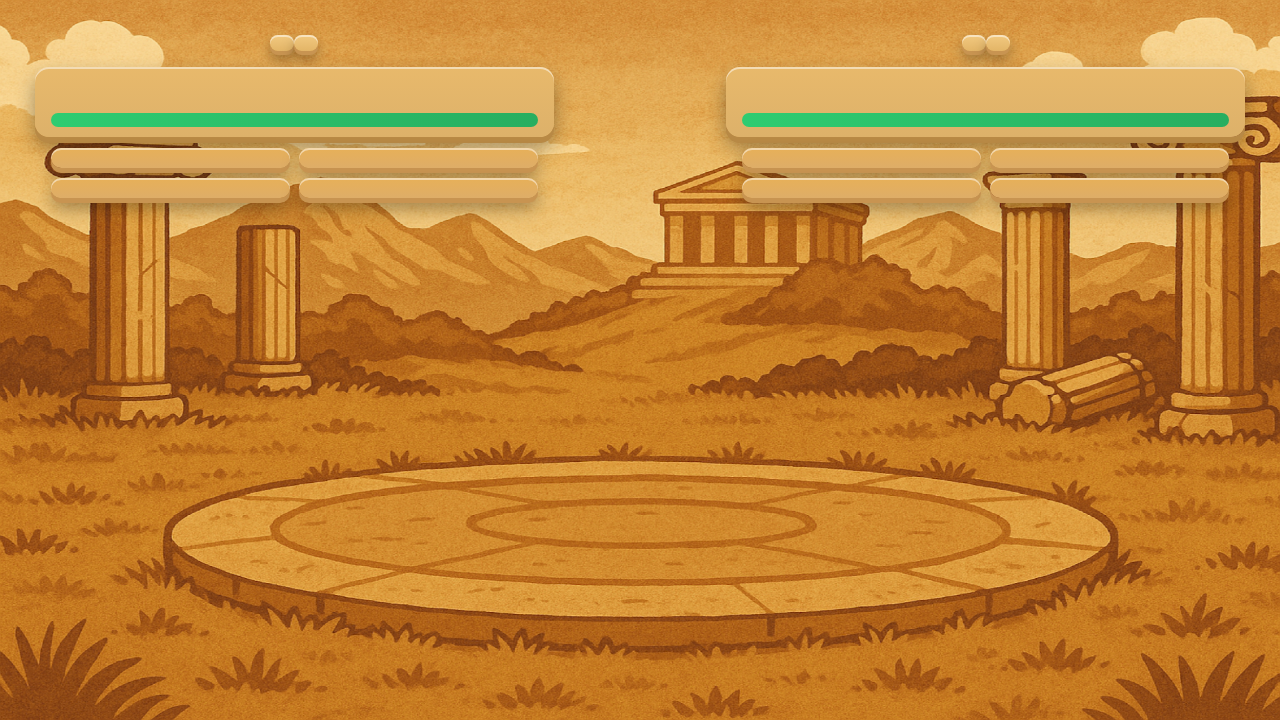
Repository: brianabariteau/Web-1-Final-Project-2025
Page: features/game/game.html
An editor plug-in stored every save of this project. The page is shown before and after the next save, followed by the edit.
The browser window is 1280 px wide. The pictures show the whole page.
Some web fonts or font styles are not loaded; a fallback is used.

Above is the page before, as saved 2025-12-23 18:57:29.

### features/game/game.html
<!DOCTYPE html>
<html lang="en">
  <head>
    <meta charset="UTF-8" />
    <meta name="viewport" content="width=device-width, initial-scale=1.0" />
    <title>MythoBattle Game</title>
    <link
      rel="icon"
      type="image/x-icon"
      href="../../assets/characters/zeus.png"
    />
    <script type="module" defer src="./game.js"></script>
    <link rel="stylesheet" href="./game.css" />
    <script
      src="https://code.jquery.com/jquery-3.7.1.min.js"
      integrity="sha256-/JqT3SQfawRcv/BIHPThkBvs0OEvtFFmqPF/lYI/Cxo="
      crossorigin="anonymous"
    ></script>
    <link
      href="https://fonts.googleapis.com/css2?family=Jersey+25&display=swap"
      rel="stylesheet"
    />
  </head>
  <body></body>
</html>

### features/game/game.js
"use strict";

import { CHARACTER_MOVES } from "../../constants/character-movesets.js";
let mode = localStorage.getItem("mode");
let player1Character = JSON.parse(localStorage.getItem("player1Character"));
let player2Character = JSON.parse(localStorage.getItem("player2Character"));

console.log(player1Character);
console.log(player2Character);

// * Functions
function updateGameDisplay() {
  if (!player1Character || !player2Character) return;

  // ? Player 1
  const player1 = player1Character.name;
  console.log(player1);

  player1Icon.attr("src", player1Character.imgSrc);

  player1NameText.text(player1);

  player1Move1.text(CHARACTER_MOVES[player1].move1name);
  player1Move2.text(CHARACTER_MOVES[player1].move2name);
  player1Move3.text(CHARACTER_MOVES[player1].move3name);
  player1Move4.text(CHARACTER_MOVES[player1].move4name);

  player1ability1.text(CHARACTER_MOVES[player1].ability1name);
  player1ability2.text(CHARACTER_MOVES[player1].ability2name);

  // ? Player 2
  const player2 = player2Character.name;

  player2Icon.attr("src", player2Character.imgSrc);

  player2NameText.text(player2);

  player2Move1.text(CHARACTER_MOVES[player2].move1name);
  player2Move2.text(CHARACTER_MOVES[player2].move2name);
  player2Move3.text(CHARACTER_MOVES[player2].move3name);
  player2Move4.text(CHARACTER_MOVES[player2].move4name);

  player2ability1.text(CHARACTER_MOVES[player2].ability1name);
  player2ability2.text(CHARACTER_MOVES[player2].ability2name);
}

async function loadCharacters() {
  updateGameDisplay();
}

// * The Background Image
const background = $("<img>")
  .addClass("background")
  .attr("src", "./assets/battle-background.png")
  .attr("alt", "Background");

// * Player 1
// ? Character Icon
const player1Icon = $("<img>").addClass("player1-icon");

// ! Battle Buttons + Progress
const player1battle = $("<div>").addClass("player1-battle");

// ? Name + Healthbar
const player1Name = $("<div>").addClass("player1-name");
const player1NameText = $("<div>").addClass("player1-name-text");
const player1Health = $("<div>").addClass("player1-health");

$(player1Name).append(player1NameText, player1Health);

// ? Movesets
const player1Moves = $("<div>").addClass("player1-moves");
const player1Move1 = $("<button>").addClass("moves");
const player1Move2 = $("<button>").addClass("moves");
const player1Move3 = $("<button>").addClass("moves");
const player1Move4 = $("<button>").addClass("moves");

$(player1Moves).append(player1Move1, player1Move2, player1Move3, player1Move4);

// ? Abilities
const player1Abilities = $("<div>").addClass("player1-abilities");
const player1ability1 = $("<button>").addClass("player1-ability1");
const player1ability2 = $("<button>").addClass("player1-ability2");
$(player1Abilities).append(player1ability1, player1ability2);

$(player1battle).append(player1Abilities, player1Name, player1Moves);

// * Player 2
// ? Character Icon
const player2Icon = $("<img>").addClass("player-2-icon");

// ! Battle Buttons + Progress
const player2battle = $("<div>").addClass("player2-battle");

// ? Name + Healthbar
const player2Name = $("<div>").addClass("player2-name");
const player2NameText = $("<div>").addClass("player2-name-text");
const player2Health = $("<div>").addClass("player2-health");

$(player2Name).append(player2NameText, player2Health);

// ? Movesets
const player2Moves = $("<div>").addClass("player1-moves");
const player2Move1 = $("<button>").addClass("moves");
const player2Move2 = $("<button>").addClass("moves");
const player2Move3 = $("<button>").addClass("moves");
const player2Move4 = $("<button>").addClass("moves");

$(player2Moves).append(player2Move1, player2Move2, player2Move3, player2Move4);

// ? Abilities
const player2Abilities = $("<div>").addClass("player2-abilities");
const player2ability1 = $("<button>").addClass("player2-ability1");
const player2ability2 = $("<button>").addClass("player2-ability2");
$(player2Abilities).append(player2ability1, player2ability2);

$(player2battle).append(player2Abilities, player2Name, player2Moves);

$("body").append(
  background,
  player1Icon,
  player2Icon,
  player1battle,
  player2battle
);

loadCharacters();

### features/game/game.css
/* ───────────── BASE ───────────── */

body {
  margin: 0;
  width: 100vw;
  height: 100vh;
  overflow: hidden;

  font-family: "Jersey 25", sans-serif;

  display: grid;
  grid-template-columns: 1fr 1fr;
  grid-template-rows: auto 1fr auto;
  align-items: center;
  justify-items: center;
}

/* ───────────── BACKGROUND ───────────── */

.background {
  position: fixed;
  inset: 0;
  width: 100%;
  height: 100%;
  z-index: -1;
}

/* ───────────── PLAYER SPRITES ───────────── */

.player1-icon,
.player-2-icon {
  position: absolute;
  bottom: 18%;
  width: 120px;
  image-rendering: pixelated;
}

.player1-icon {
  left: 20%;
}

.player-2-icon {
  right: 20%;
}

/* ───────────── BATTLE PANELS ───────────── */

.player1-battle,
.player2-battle {
  position: absolute;
  top: 4%;
  width: 38%;

  display: grid;
  grid-template-rows: auto auto auto;
  row-gap: 0.7rem;

  align-items: center;
}

.player1-battle {
  left: 4%;
}

.player2-battle {
  right: 4%;
}

/* ───────────── NAME + HEALTH ───────────── */

.player1-name,
.player2-name {
  background: linear-gradient(to bottom, #e8b96b, #ddb16a);
  border-radius: 14px;
  padding: 10px 16px;

  grid-row: 2;
  justify-self: center;
  width: 100%;

  box-shadow: inset 0 2px 0 rgba(255, 255, 255, 0.5), 0 6px 0 #b88945,
    0 10px 20px rgba(0, 0, 0, 0.35);

  color: #6b3f18;
  text-shadow: 1px 1px #f3d8a8;

  font-size: 3rem;
  letter-spacing: 2px;
}

/* Health bar container */
.player1-health,
.player2-health {
  margin-top: 6px;
  height: 14px;
  border-radius: 10px;
  background: #4b2d12;
  overflow: hidden;
}

.player1-name-text,
.player2-name-text {
  display: flex;
  justify-content: center;
  padding: 20px 20px 10px 20px;
}

/* Actual HP fill */
.player1-health::after,
.player2-health::after {
  content: "";
  display: block;
  height: 100%;
  width: 100%; /* change dynamically in JS later */
  background: linear-gradient(to right, #2ecc71, #27ae60);
}

/* ───────────── MOVES GRID ───────────── */

.player1-moves,
.player2-moves {
  display: grid;
  grid-template-columns: 1fr 1fr;
  gap: 0.6rem;

  grid-row: 3;
  width: 100%;
}

/* Ability buttons */
.moves {
  background: linear-gradient(to bottom, #e7b058, #dead68);
  border: none;
  border-radius: 14px;

  font-family: "Jersey 25", sans-serif;
  padding: 10px 14px;
  font-size: 1.5rem;
  letter-spacing: 1px;
  color: #6b3f18;
  text-shadow: 1px 1px #f3d8a8;

  cursor: pointer;

  box-shadow: inset 0 2px 0 rgba(255, 255, 255, 0.5), 0 5px 0 #c89451,
    0 10px 18px rgba(0, 0, 0, 0.35);

  transition: transform 0.12s ease, box-shadow 0.12s ease;
}

.moves:hover {
  filter: brightness(1.05);
  box-shadow: inset 0 2px 0 rgba(255, 255, 255, 0.6), 0 5px 0 #c89451,
    0 0 12px rgba(255, 210, 130, 0.7);
}

.moves:active {
  transform: translateY(4px);
  box-shadow: inset 0 2px 0 rgba(255, 255, 255, 0.4), 0 2px 0 #c89451;
}

/* ───────────── ABILITY BUTTONS ───────────── */

.player1-abilities button,
.player2-abilities button {
  flex: 1;

  background: linear-gradient(to bottom, #f2c980, #e3b567);
  border: none;
  border-radius: 14px;

  padding: 8px 12px;

  font-family: "Jersey 25", sans-serif;
  font-size: 1.05rem;
  letter-spacing: 1px;

  color: #6b3f18;
  text-shadow: 1px 1px #f3d8a8;

  cursor: pointer; /* abilities usually passive */
  white-space: nowrap;

  box-shadow: inset 0 2px 0 rgba(255, 255, 255, 0.5), 0 4px 0 #c89451,
    0 8px 14px rgba(0, 0, 0, 0.35);

  transition: filter 0.15s ease, transform 0.15s ease;
}

/* Optional: subtle emphasis */
.player1-abilities button:hover,
.player2-abilities button:hover {
  filter: brightness(1.05);
}

/* Optional: disabled/passive look */
.player1-abilities button:disabled,
.player2-abilities button:disabled {
  opacity: 0.85;
}

.player1-abilities,
.player2-abilities {
  margin-bottom: 0.3rem;
  grid-row: 1;
  justify-self: center;
  justify-items: center;
  row-gap: 10px;
}

.ability-active {
  box-shadow: inset 0 2px 0 rgba(255, 255, 255, 0.6),
    0 0 14px rgba(255, 215, 120, 0.9);
}

/* ───────────── MOBILE ADJUSTMENTS ───────────── */

@media (max-width: 900px) {
  .player1-battle,
  .player2-battle {
    width: 90%;
    left: 5%;
    right: 5%;
  }

  .player1-icon,
  .player-2-icon {
    width: 90px;
    bottom: 10%;
  }

  .player1-icon {
    left: 10%;
  }

  .player-2-icon {
    right: 10%;
  }
}

### constants/character-movesets.js
import { CUSTOM_STATS } from "./characters.js";

export const CHARACTER_MOVES = {
  Zeus: {
    move1name: "Thunderbolt Wrath",
    move2name: "Skybreaker Slam",
    move3name: "Stormcaller Command",
    move4name: "God of Thunder",
    move1effects() {},
    move2effects() {},
    move3effects() {},
    move4effects() {},
    ability1name: "Sky/Lightning",
    ability2name: "King's Wrath",
    ability1effect() {},
    ability2effect() {},
  },
};

### constants/characters.js
export const SPECIFIC_CHARACTERS = [
  "Zeus",
  "Athena",
  "Hestia",
  "Apollo",
  "Artemis",
  "Poseidon",
  "Hades",
  "Demeter",
  "Aphrodite",
  "Hera",
  "Dionysus",
  "Ares",
  "Hephaestus",
  "Persephone",
  "Hermes",
  "Nyx",
  "Hypnos",
  "Thanatos",
  "Morpheus",
  "Asclepius",
];

export const CUSTOM_SPRITES = {
  Zeus: "../../assets/characters/zeus.png",
  Athena: "../../assets/characters/athena.png",
  Hestia: "../../assets/characters/hestia.png",
  Apollo: "../../assets/characters/apollo.png",
  Artemis: "../../assets/characters/artemis.png",
  Poseidon: "../../assets/characters/poseidon.png",
  Hades: "../../assets/characters/hades.png",
  Demeter: "../../assets/characters/demeter.png",
  Aphrodite: "../../assets/characters/aphrodite.png",
  Hera: "../../assets/characters/hera.png",
  Dionysus: "../../assets/characters/dionysus.png",
  Ares: "../../assets/characters/ares.png",
  Hephaestus: "../../assets/characters/hephaestus.png",
  Persephone: "../../assets/characters/persephone.png",
  Hermes: "../../assets/characters/hermes.png",
  Nyx: "../../assets/characters/nyx.png",
  Hypnos: "../../assets/characters/hypnos.png",
  Thanatos: "../../assets/characters/thanatos.png",
  Morpheus: "../../assets/characters/morpheus.png",
  Asclepius: "../../assets/characters/asclepius.png",
};

export const CUSTOM_STATS = {
  Zeus: {
    tier: "Tier 1",
    tierName: "The Big Three",
    hp: 150,
    attack: 110,
    defense: 95,
    speed: 120,
    power: 150,
    resilience: 100,
    stamina: 110,
    domainMastery: "Sky/Lightning",
    masteryDesc: "+25% electric damage",
    specialTrait: "King's Wrath",
    traitDesc: "10% chance to smite enemy for bonus true damage",
  },
  Athena: {
    tier: "Tier 3",
    tierName: "Middle Olympians",
    hp: 140,
    attack: 100,
    defense: 120,
    speed: 105,
    power: 115,
    resilience: 130,
    stamina: 110,
    domainMastery: "Wisdom/Strategy",
    masteryDesc: "Team defense +10%",
    specialTrait: "Perfect Counter",
    traitDesc: "30% chance to auto-block melee attacks",
  },
  Hestia: {
    tier: "Tier 2",
    tierName: "Elder Olympians",
    hp: 140,
    attack: 80,
    defense: 120,
    speed: 85,
    power: 110,
    resilience: 130,
    stamina: 150,
    domainMastery: "Hearth Fire",
    masteryDesc: "Healing + burn damage boosts",
    specialTrait: "Warmth of Home",
    traitDesc: "Grants minor healing each turn to allies",
  },
  Apollo: {
    tier: "Tier 3",
    tierName: "Middle Olympians",
    hp: 130,
    attack: 95,
    defense: 80,
    speed: 125,
    power: 140,
    resilience: 90,
    stamina: 110,
    domainMastery: "Light/Music",
    masteryDesc: "+20% light damage",
    specialTrait: "Prophetic Strike",
    traitDesc: "First attack always crits",
  },
  Artemis: {
    tier: "Tier 3",
    tierName: "Middle Olympians",
    hp: 120,
    attack: 110,
    defense: 85,
    speed: 135,
    power: 105,
    resilience: 95,
    stamina: 115,
    domainMastery: "Moon/Hunt",
    masteryDesc: "+25% crit chance on moving targets",
    specialTrait: "Hunter's Mark",
    traitDesc: "First hit on any enemy does bonus damage",
  },
  Poseidon: {
    tier: "Tier 1",
    tierName: "The Big Three",
    hp: 160,
    attack: 115,
    defense: 110,
    speed: 100,
    power: 140,
    resilience: 120,
    stamina: 115,
    domainMastery: "Sea",
    masteryDesc: "+20% water damage, +30% damage when fighting near water",
    specialTrait: "Tidal Fury",
    traitDesc: "Consecutive attacks increase in damage",
  },
  Hades: {
    tier: "Tier 1",
    tierName: "The Big Three",
    hp: 170,
    attack: 95,
    defense: 140,
    speed: 80,
    power: 130,
    resilience: 150,
    stamina: 90,
    domainMastery: "Underworld",
    masteryDesc: "+30% damage vs undead/fear/sleep",
    specialTrait: "Soul Drain",
    traitDesc: "Steals HP on hit (5% of damage dealt)",
  },
  Demeter: {
    tier: "Tier 2",
    tierName: "Elder Olympians",
    hp: 145,
    attack: 85,
    defense: 115,
    speed: 80,
    power: 125,
    resilience: 110,
    stamina: 130,
    domainMastery: "Harvest",
    masteryDesc: "+20% regeneration, +25% poison resistance",
    specialTrait: "Fallow Curse",
    traitDesc: "Can reduce enemy Attack temporarily",
  },
  Aphrodite: {
    tier: "Tier 4",
    tierName: "Younger Olympians",
    hp: 120,
    attack: 70,
    defense: 80,
    speed: 110,
    power: 115,
    resilience: 85,
    stamina: 100,
    domainMastery: "Charm",
    masteryDesc: "25% chance enemies skip turn",
    specialTrait: "Irresistible Aura",
    traitDesc: "First strike against her does half damage",
  },
  Hera: {
    tier: "Tier 2",
    tierName: "Elder Olympians",
    hp: 150,
    attack: 90,
    defense: 120,
    speed: 90,
    power: 125,
    resilience: 120,
    stamina: 120,
    domainMastery: "Queenship",
    masteryDesc: "Team buffs stronger by 20%",
    specialTrait: "Divine Authority",
    traitDesc: "Immune to charm and can reflect debuffs",
  },
  Dionysus: {
    tier: "Tier 4",
    tierName: "Younger Olympians",
    hp: 130,
    attack: 85,
    defense: 85,
    speed: 95,
    power: 120,
    resilience: 90,
    stamina: 130,
    domainMastery: "Madness",
    masteryDesc: "Debuffs 20% stronger",
    specialTrait: "Ecstatic Frenzy",
    traitDesc: "Random buffs each turn",
  },
  Ares: {
    tier: "Tier 3",
    tierName: "Middle Olympians",
    hp: 150,
    attack: 145,
    defense: 100,
    speed: 110,
    power: 95,
    resilience: 100,
    stamina: 120,
    domainMastery: "War",
    masteryDesc: "+15% damage per hit taken",
    specialTrait: "Bloodlust",
    traitDesc: "Attack increases each time he deals damage",
  },
  Hephaestus: {
    tier: "Tier 4",
    tierName: "Younger Olympians",
    hp: 140,
    attack: 130,
    defense: 135,
    speed: 65,
    power: 115,
    resilience: 110,
    stamina: 100,
    domainMastery: "Forge",
    masteryDesc: "+20% damage with crafted weapons",
    specialTrait: "Molten Skin",
    traitDesc: "Reduces fire damage to 0",
  },
  Persephone: {
    tier: "Tier 5",
    tierName: "Minor Gods",
    hp: 125,
    attack: 75,
    defense: 90,
    speed: 95,
    power: 110,
    resilience: 100,
    stamina: 120,
    domainMastery: "Spring/Underworld",
    masteryDesc: "Alternating form bonuses",
    specialTrait: "Dual Aspect",
    traitDesc: "Stats change each season (Spring boost/Underworld boost)",
  },
  Hermes: {
    tier: "Tier 4",
    tierName: "Younger Olympians",
    hp: 115,
    attack: 90,
    defense: 75,
    speed: 160,
    power: 100,
    resilience: 80,
    stamina: 140,
    domainMastery: "Speed/Trickery",
    masteryDesc: "+20% dodge",
    specialTrait: "Swift Step",
    traitDesc: "Gains an extra small action each turn",
  },
  Nyx: {
    tier: "Tier 0",
    tierName: "Primordial",
    hp: 170,
    attack: 100,
    defense: 120,
    speed: 110,
    power: 160,
    resilience: 140,
    stamina: 120,
    domainMastery: "Night/Void",
    masteryDesc: "+30% shadow damage, +20% evasion in darkness",
    specialTrait: "Primordial Aura",
    traitDesc: "Debuffs have double duration; immune to Sleep and Fear",
  },
  Hypnos: {
    tier: "Tier 5",
    tierName: "Minor Gods",
    hp: 110,
    attack: 60,
    defense: 75,
    speed: 70,
    power: 120,
    resilience: 95,
    stamina: 130,
    domainMastery: "Sleep",
    masteryDesc: "+30% chance to inflict sleep",
    specialTrait: "Dream Veil",
    traitDesc: "20% damage reduction from melee",
  },
  Thanatos: {
    tier: "Tier 5",
    tierName: "Minor Gods",
    hp: 115,
    attack: 90,
    defense: 85,
    speed: 120,
    power: 100,
    resilience: 110,
    stamina: 100,
    domainMastery: "Death",
    masteryDesc: "Kills low-HP enemies instantly",
    specialTrait: "Reaper's Touch",
    traitDesc: "Critical hits do double true damage",
  },
  Morpheus: {
    tier: "Tier 5",
    tierName: "Minor Gods",
    hp: 105,
    attack: 70,
    defense: 80,
    speed: 100,
    power: 125,
    resilience: 85,
    stamina: 110,
    domainMastery: "Dreams",
    masteryDesc: "Illusions reduce enemy accuracy",
    specialTrait: "Shifting Form",
    traitDesc: "15% chance to avoid attacks entirely",
  },
  Asclepius: {
    tier: "Tier 5",
    tierName: "Minor Gods",
    hp: 120,
    attack: 50,
    defense: 85,
    speed: 90,
    power: 135,
    resilience: 110,
    stamina: 150,
    domainMastery: "Healing",
    masteryDesc: "+30% healing power",
    specialTrait: "Miracle Touch",
    traitDesc: "Once per battle revive ally to 30% HP",
  },
};

After the next save:
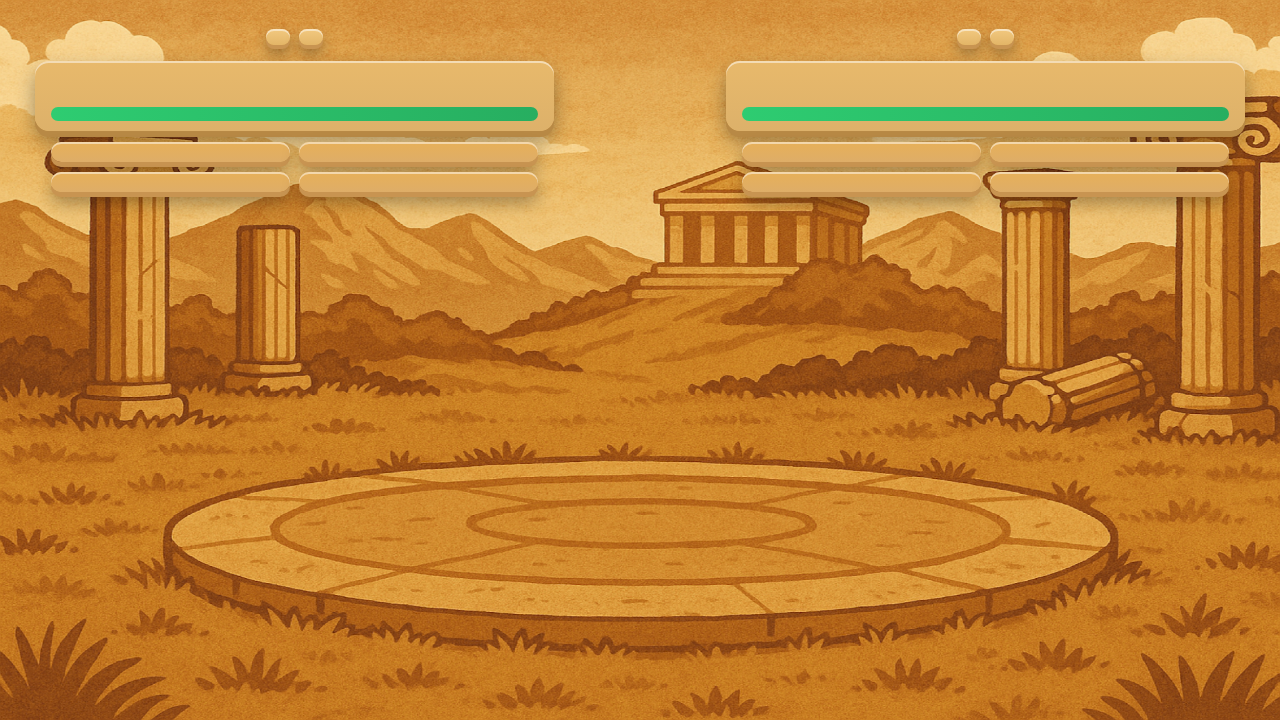
Saved 2 min 2 s later.
--- a/features/game/game.css
+++ b/features/game/game.css
@@ -205,7 +205,8 @@ body {
   grid-row: 1;
   justify-self: center;
   justify-items: center;
-  row-gap: 10px;
+  display: flex; /* ← make sure this exists */
+  gap: 0.6rem;
 }
 
 .ability-active {
